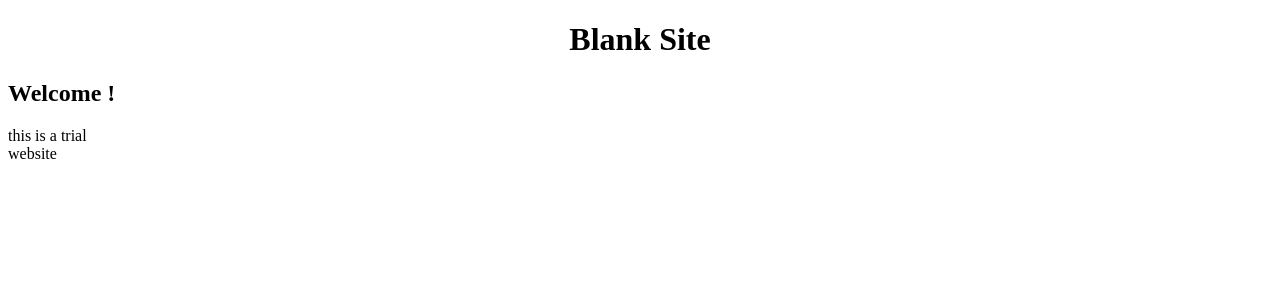
Repository: yhung004/Blank_Project
Page: index.html
An editor plug-in stored every save of this project. The page is shown before and after the next save, followed by the edit.
The browser window is 1280 px wide. The pictures show the whole page.

Above is the page before, as saved 2024-04-04 00:57:08.

After the next save:
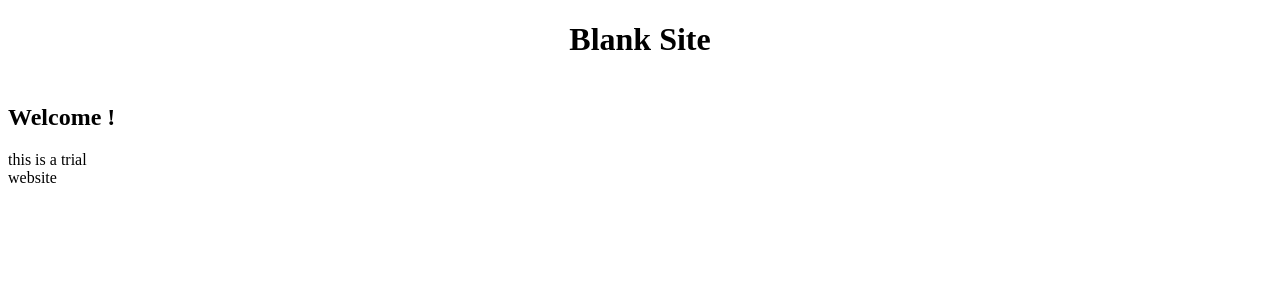
Saved 70 s later.
--- a/index.css
+++ b/index.css
@@ -5,3 +5,8 @@
     border : 2px solid pink;
     background-color: pink;
 }
+.container {
+    background-color:white;
+    border:2px solid white;
+    border-radius: 20px;
+}
